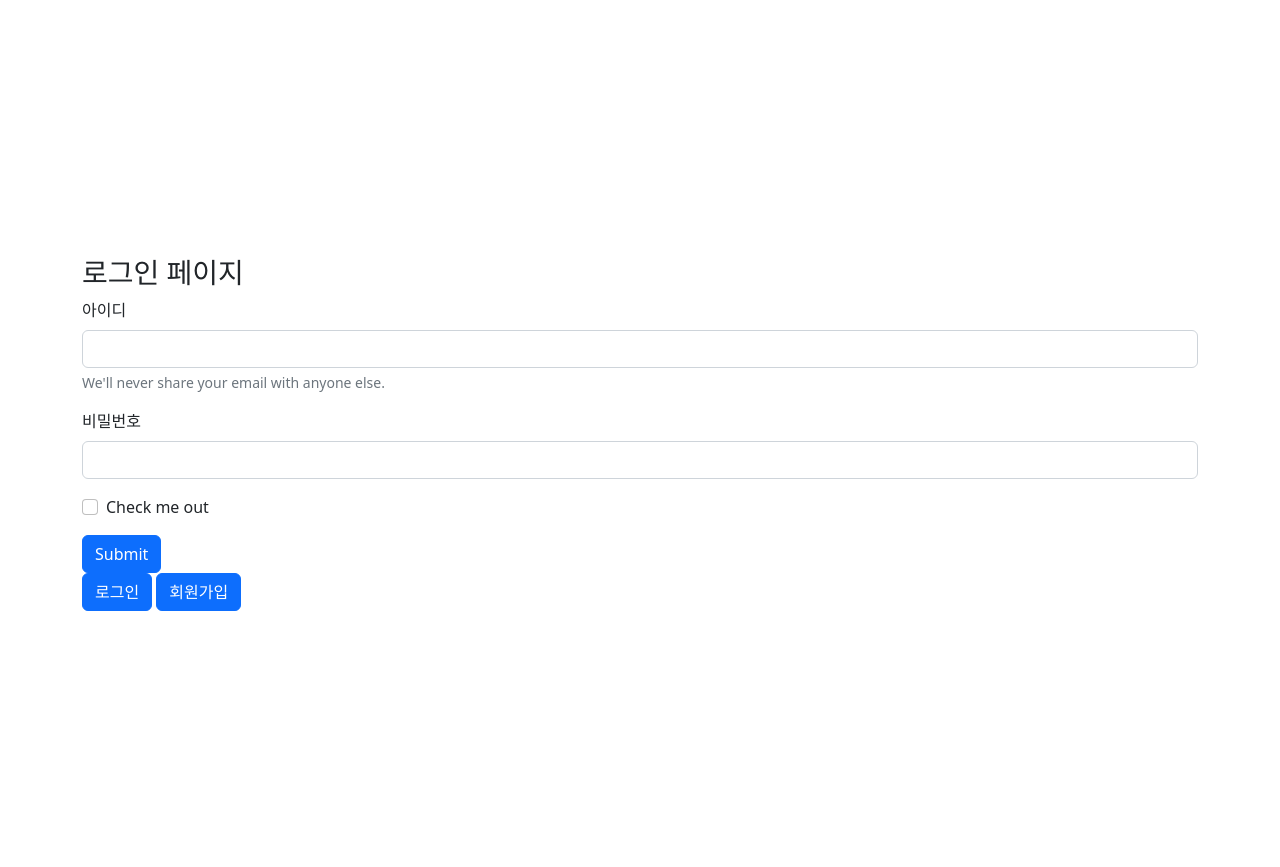
Repository: DNWissac/OJTphp
Page: http://localhost/view/signin.php
The author's editor kept a copy of each file at every save. The page is drawn from the files as they stood at one save, then again after the next save.
The browser window is 1280 px wide. The pictures show the whole page.
The page is run by PHP 8.4 with error messages shown; the project is at /var/www/html/.

Above is the page before, as saved 2022-08-05 08:21:08.

### Board1/View/signin.php
<!DOCTYPE html>
<html>
<head>
<meta charset="UTF-8">
<script type="text/javascript" src="//code.jquery.com/jquery.min.js"></script>
<script>

</script>

<style type="text/css">

    .container
    {
        padding: 20%;
    }
</style>
<title>로그인</title>


<!-- 부트스트랩 css, js-->
<link href="https://cdn.jsdelivr.net/npm/bootstrap@5.2.0/dist/css/bootstrap.min.css"
rel="stylesheet" integrity="sha384-gH2yIJqKdNHPEq0n4Mqa/HGKIhSkIHeL5AyhkYV8i59U5AR6csBvApHHNl/vI1Bx" crossorigin="anonymous">
<script src="https://cdn.jsdelivr.net/npm/bootstrap@5.2.0/dist/js/bootstrap.bundle.min.js"
integrity="sha384-A3rJD856KowSb7dwlZdYEkO39Gagi7vIsF0jrRAoQmDKKtQBHUuLZ9AsSv4jD4Xa" crossorigin="anonymous"></script>

</head>
<body>

<div class="container">
	<h3>로그인 페이지</h3>

<form>
    <div class="mb-3">
        <label for="exampleInputEmail1" class="form-label">아이디</label>
        <input type="email" class="form-control" id="exampleInputEmail1" aria-describedby="emailHelp">
    <div id="emailHelp" class="form-text">We'll never share your email with anyone else.</div>
    </div>
    <div class="mb-3">
        <label for="exampleInputPassword1" class="form-label">비밀번호</label>
        <input type="password" class="form-control" id="exampleInputPassword1">
    </div>
    <div class="mb-3 form-check">
        <input type="checkbox" class="form-check-input" id="exampleCheck1">
        <label class="form-check-label" for="exampleCheck1">Check me out</label>
    </div>
    <button type="submit" class="btn btn-primary">Submit</button>
</form>


	<button type="button" class="btn btn-primary">
    	로그인
    </button>
	<button type="button" class="btn btn-primary" onclick="location.href='signup.php'">
    	회원가입
    </button>


</div>





</body>
</html>

After the next save:
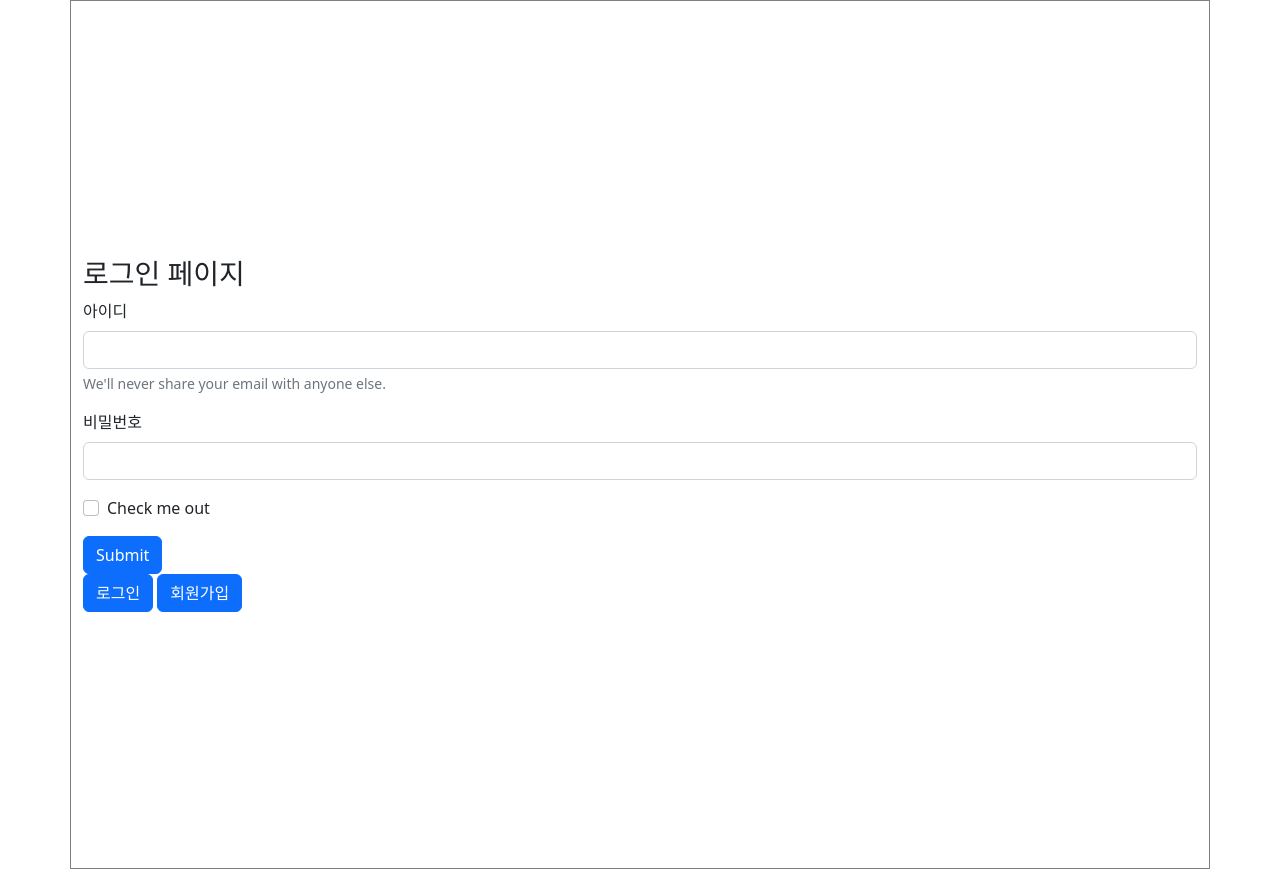
Saved 19 s later.
--- a/Board1/View/signin.php
+++ b/Board1/View/signin.php
@@ -26,7 +26,7 @@
 </head>
 <body>
 
-<div class="container">
+<div class="container" style="border: grey 1px solid;">
 	<h3>로그인 페이지</h3>
 
 <form>
